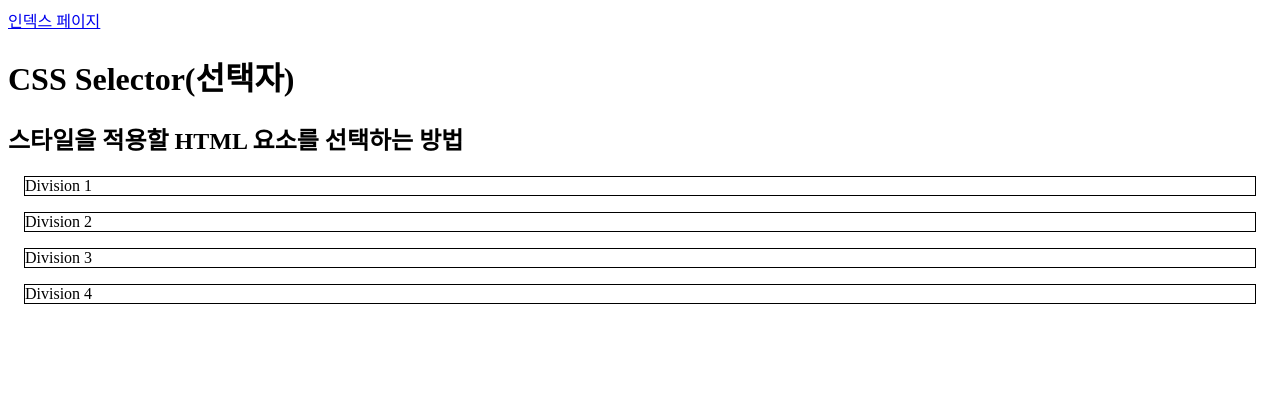
Repository: Sid0130/HTML
Page: lab-web/lab02_css/src/main/webapp/selector1.html
The author's editor kept a copy of each file at every save. The page is drawn from the files as they stood at one save, then again after the next save.
The browser window is 1280 px wide. The pictures show the whole page.

Above is the page before, as saved 2024-12-04 08:07:10.

### lab-web/lab02_css/src/main/webapp/selector1.html
<!DOCTYPE html>
<html>
	<head>
		<meta charset="UTF-8">
		<title>Lab02 CSS</title>

        <style>
            /* 1. tag selector */
            div {
                border: 1px solid black;
                margin: 16px;
            }
        </style>
	</head>
	<body>
		<nav> <!-- navigation division(페이지 이동 선택 메뉴 영역) -->
            <a href="index.html">인덱스 페이지</a>
        </nav>

        <main>
        <!-- **중요한 부분** -->
        <!--  마진이 겹치는 부분은 더 큰 여백으로 사용한다. -->
            <h1>CSS Selector(선택자)</h1>
            <h2>스타일을 적용할 HTML 요소를 선택하는 방법</h2>

            <div class = "color-white" >Division 1</div>
            <div class = "color-white" >Division 2</div>
            <div id="div3">Division 3</div>
            <div id="div4">Division 4</div>
        </main>
	</body>
</html>

<!--
CSS 문법: selector { property: value; ... }
selector: HTML 요소(element)를 찾는 방법.
1. 태그(tag) 이름: body, div, span, main, section, ...
2. 클래스(class) 속성 값: .class-name
   - HTML 태그 안에서 class 속성(attribute)에 설정한 값(이름).
   - 여러 개의 요소들을 한꺼번에 선택할때 주로 사용.
3. 아이디(id) 속성 값: #id-name
   - HTML 태그 안에서 id 속성에 설정한 값(이름).
   - HTML 파일 안에서 유일한 요소 1개를 선택할 때 주로 사용.
   - 같은 아이디가 여러 개 있는 경우에는, 같은 아이디의 모든 요소들을 선택함. (권장하지 않음)
4. *: 모든 HTML 요소.
5. pseudo selector(가상 선택자): 이벤트, ...
6. 자식 요소(child element)
-->

After the next save:
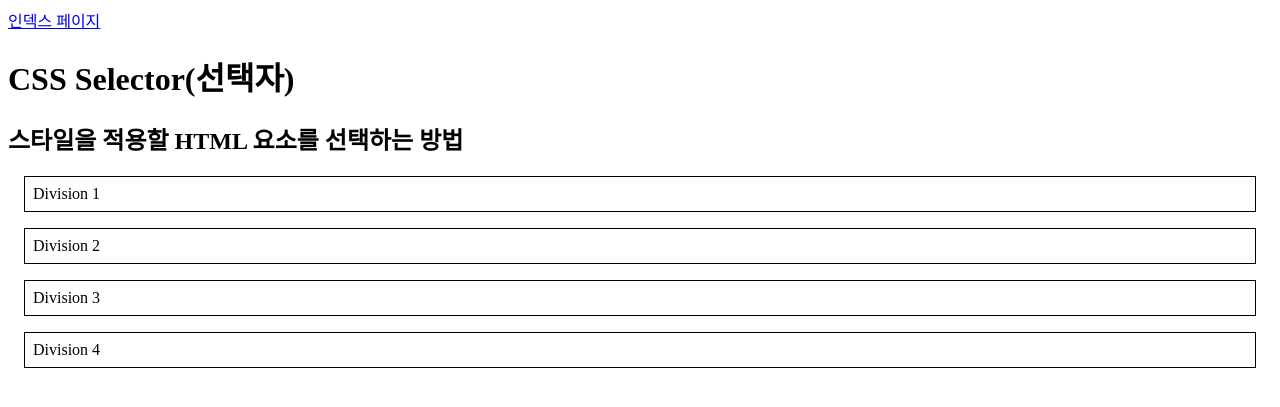
Saved 11 s later.
--- a/lab-web/lab02_css/src/main/webapp/selector1.html
+++ b/lab-web/lab02_css/src/main/webapp/selector1.html
@@ -9,6 +9,7 @@
             div {
                 border: 1px solid black;
                 margin: 16px;
+                padding: 8px;
             }
         </style>
 	</head>
